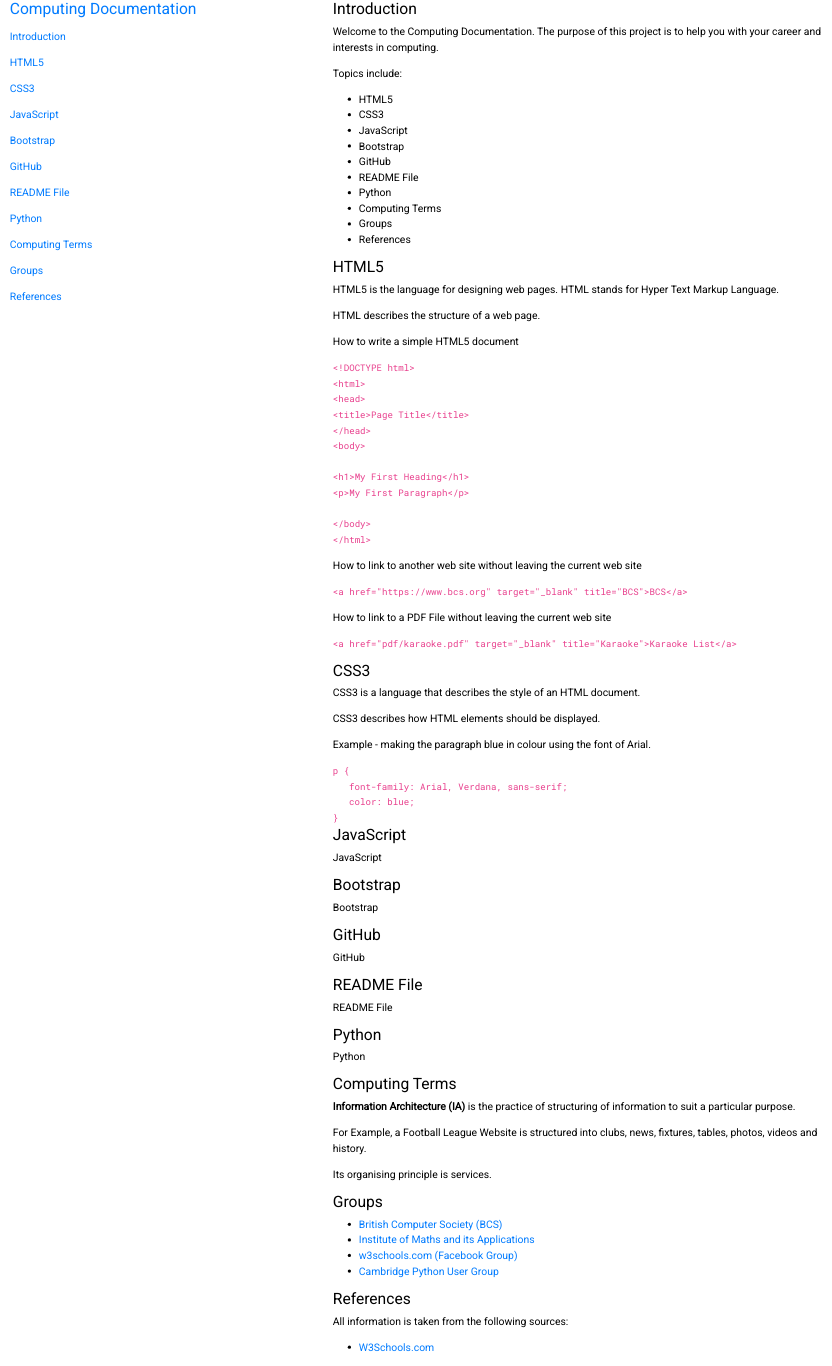
Repository: derektypist/technical-documentation-page
Page: index.html
The author's editor kept a record of every edit. The page is drawn from the files as they stood at one moment, then again after the next edit.
The browser window is 1280 px wide. The pictures show the whole page, at 65% of full size.

Above is the page before.

After the next edit:
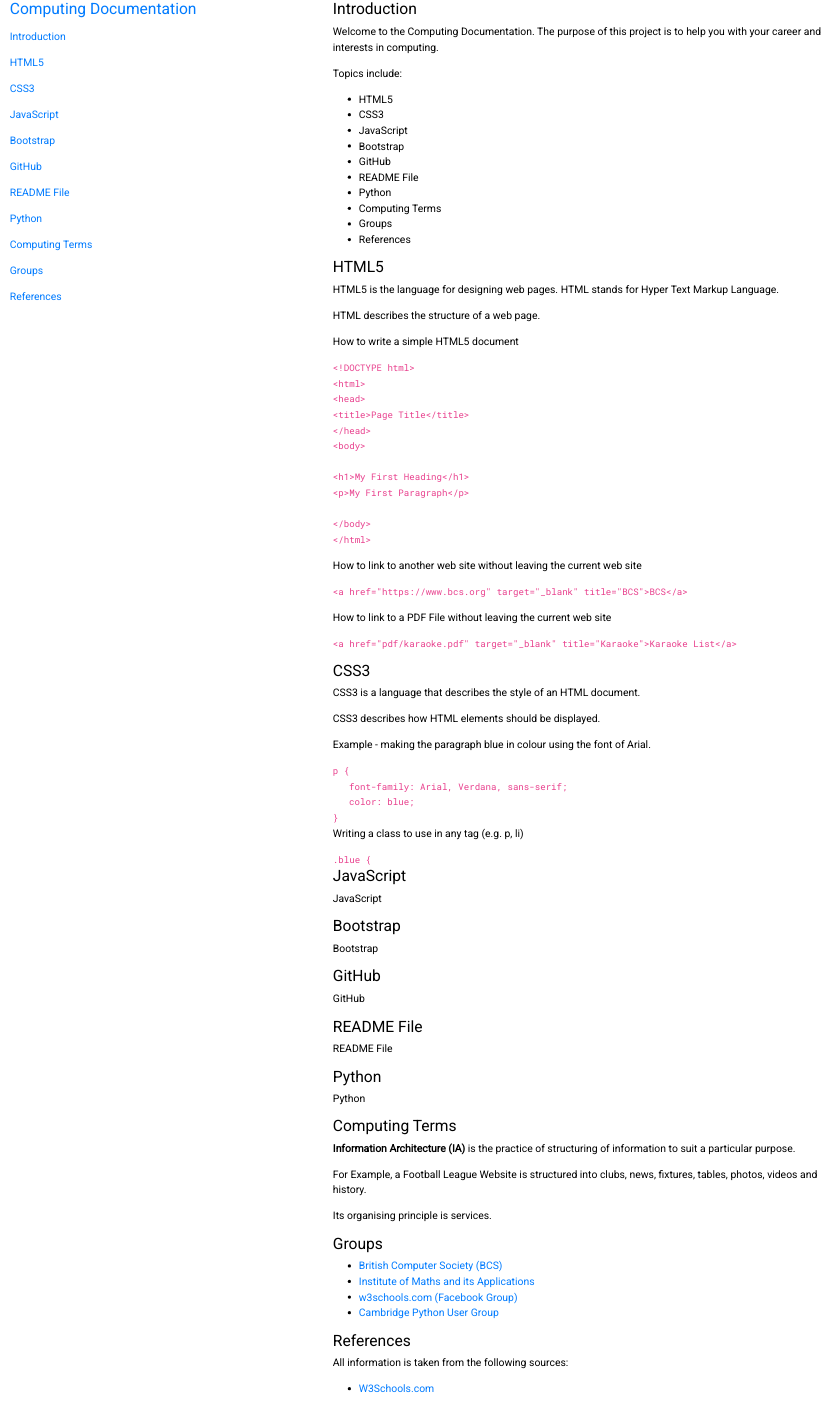
The edit:
--- a/index.html
+++ b/index.html
@@ -174,6 +174,11 @@
           } <br>
 
         </code>
+
+        <p>Writing a class to use in any tag (e.g. p, li)</p>
+        <code>
+          .blue {
+        </code>
       </article>
     </section>
 
